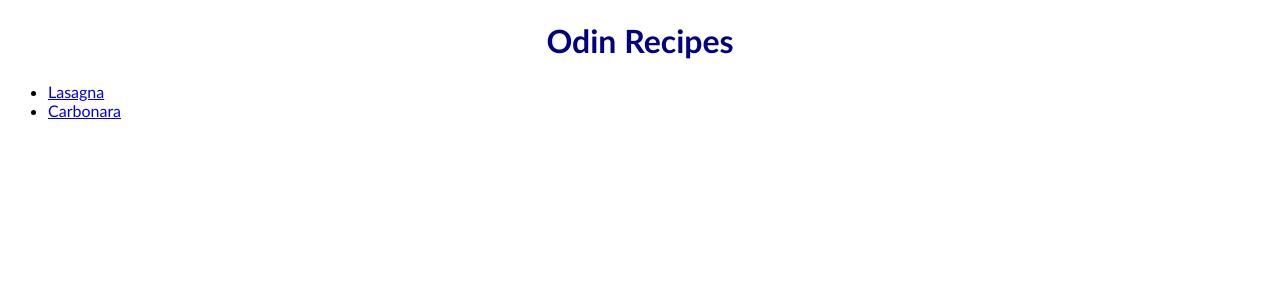
Repository: evemcd/odin_project
Page: odin-project1-recipes/index.html
An editor plug-in stored every save of this project. The page is shown before and after the next save, followed by the edit.
The browser window is 1280 px wide. The pictures show the whole page.

Above is the page before, as saved 2022-02-01 13:15:53.

After the next save:
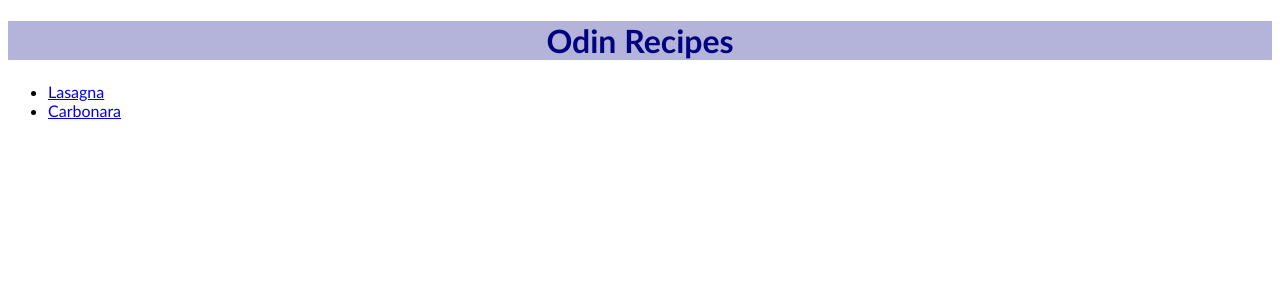
Saved 27 s later.
--- a/odin-project1-recipes/style.css
+++ b/odin-project1-recipes/style.css
@@ -5,4 +5,5 @@
 h1 {
     text-align: center;
     color: navy;
+    background-color: rgba(0, 0, 128, 0.295);
 }
